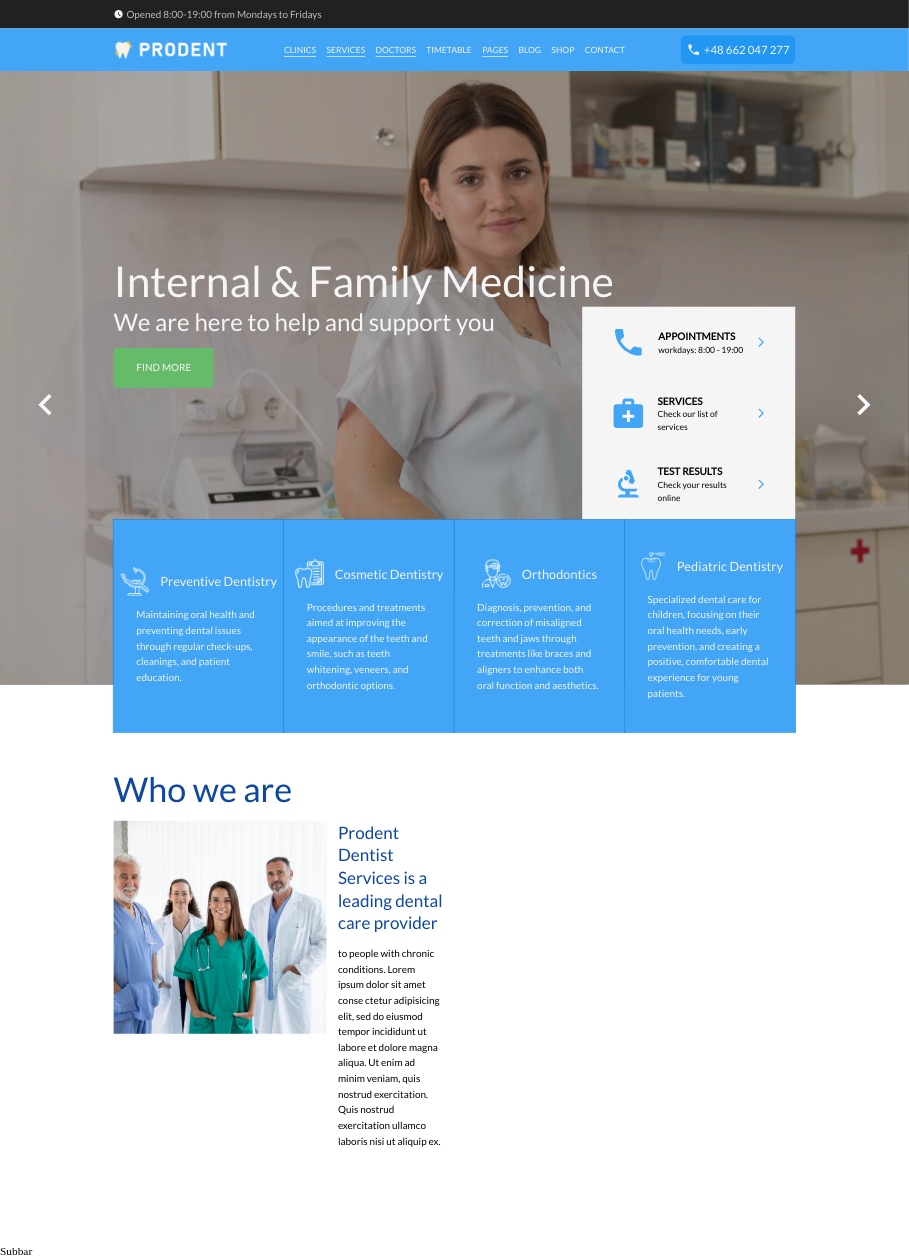
Repository: princ3-web/8
Page: /
These files come from the project's save history. The page is drawn as it stood at one moment and after a run of saves; the edit follows.
The browser window is 1280 px wide. The pictures show the whole page, at 71% of full size.
The project was rebuilt for these pictures with package versions that can differ from the ones it lists, and the page was loaded fresh each time. Also part of the build but not shown: vite.config.js, src/subpages/About.jsx, src/index.css.

Above is the page before, as saved 2023-11-02 15:23:16.

After the next 2 saves:
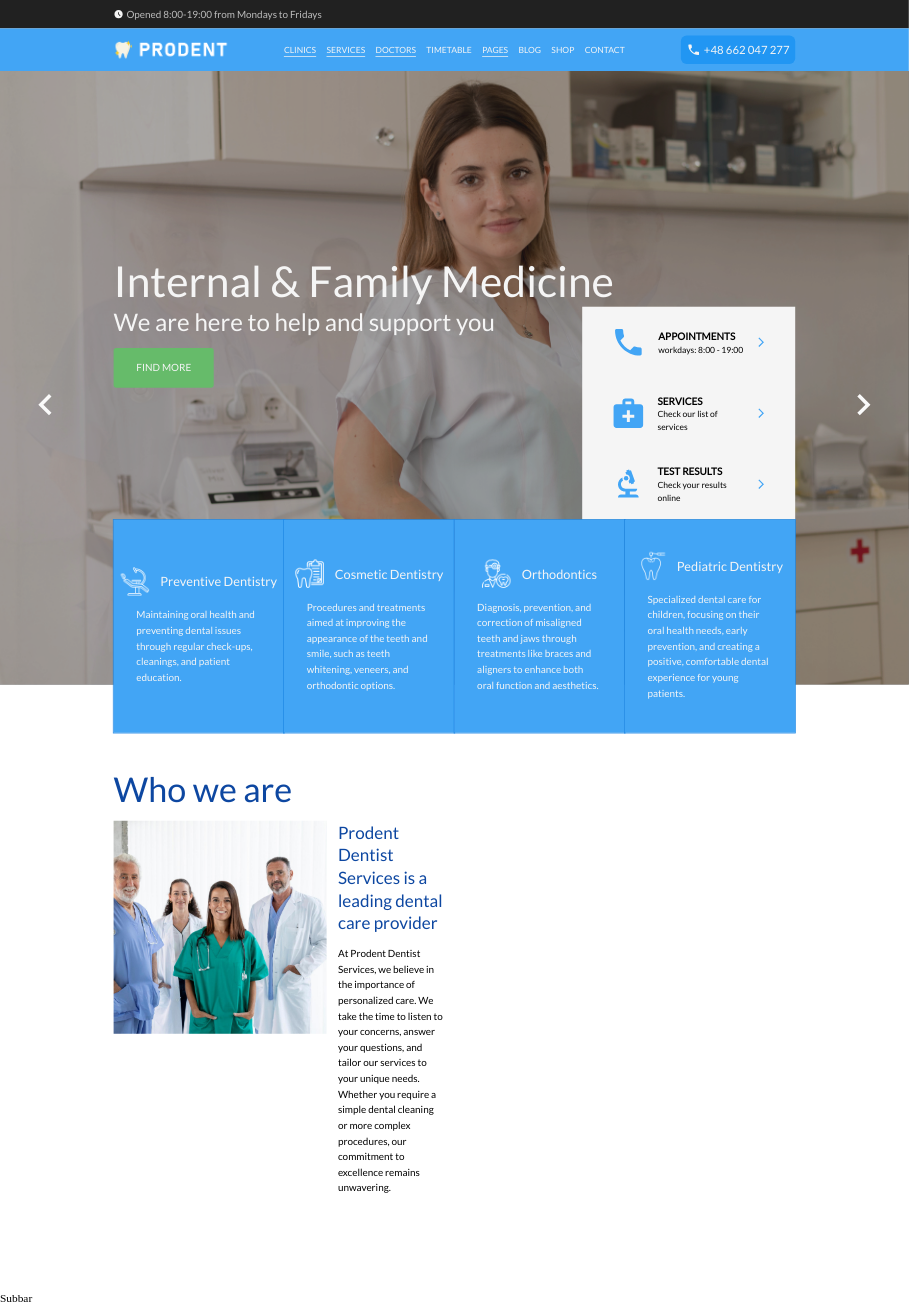
The 2 saves are shown as one change because they came seconds apart.
The last was saved 19 s later.
--- a/src/subpages/Home.jsx
+++ b/src/subpages/Home.jsx
@@ -233,25 +233,27 @@ const Home = () => {
       </Box>
       <Menu />
       <Box sx={{ boxSizing: "border-box", px: "160px", py: "120px" }}>
-        <Typography variant="h3" color={blue[900]}>Who we are</Typography>
-        <Box sx={{ display: "flex",  width:"50%" }}>
+        <Typography variant="h3" color={blue[900]}>
+          Who we are
+        </Typography>
+        <Box sx={{ display: "flex", width: "50%" }}>
           <CardMedia
             component="img"
             src={image1}
             alt=""
             sx={{ width: "300px", height: "300px", mt: "1rem" }}
           />
-          <Box sx={{p:"1rem"}}>
-            <Typography variant="h5" sx={{mb:"1rem"}}  color={blue[900]}>
-            Prodent Dentist Services is a leading dental care provider
+          <Box sx={{ p: "1rem" }}>
+            <Typography variant="h5" sx={{ mb: "1rem" }} color={blue[900]}>
+              Prodent Dentist Services is a leading dental care provider
             </Typography>
 
-          <Typography  variant="subtitle2">
-            to people with chronic conditions. Lorem ipsum dolor sit amet conse ctetur adipisicing
-            elit, sed do eiusmod tempor incididunt ut labore et dolore magna aliqua. Ut enim ad
-            minim veniam, quis nostrud exercitation. Quis nostrud exercitation ullamco laboris nisi
-            ut aliquip ex.
-          </Typography>
+            <Typography variant="subtitle2">
+              At Prodent Dentist Services, we believe in the importance of personalized care. We
+              take the time to listen to your concerns, answer your questions, and tailor our
+              services to your unique needs. Whether you require a simple dental cleaning or more
+              complex procedures, our commitment to excellence remains unwavering.
+            </Typography>
           </Box>
         </Box>
       </Box>
